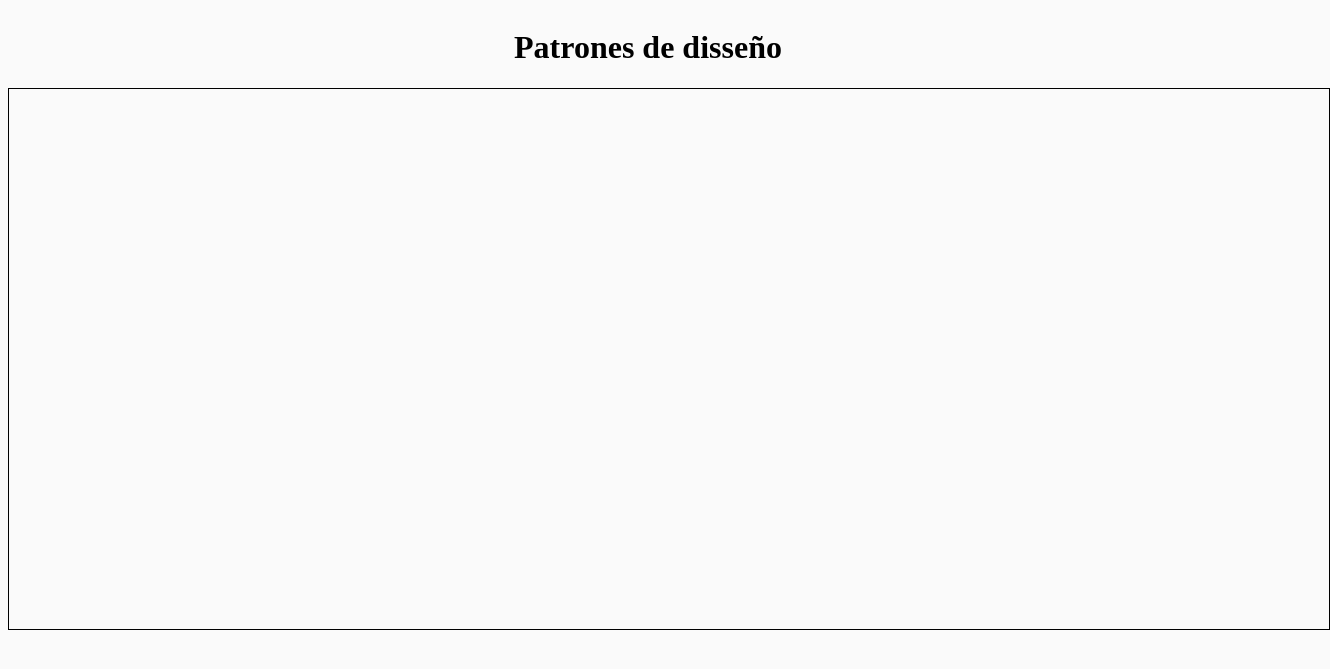
Repository: nrsWebs/design-pattern-es
Page: index.html
The author's editor kept a copy of each file at every save. The page is drawn from the files as they stood at one save, then again after the next save.
The browser window is 1280 px wide. The page is 1330 px wide, so the pictures cover 1330 px, including what lies to the right of the window. The pictures show the whole page.

Above is the page before, as saved 2021-02-06 18:28:09.

### index.html
<!DOCTYPE html>
<html>
<head>
<script src="https://ajax.googleapis.com/ajax/libs/jquery/3.5.1/jquery.min.js"></script>
<link rel="stylesheet" href="source/main.css">
</head>
<body>
    <div class="main-content">
        <h1>Patrones de disseño</h1>
        <div class="box">
            <div class="glass"></div>
            <div class=""></div>
        </div>
    </div>
</body>
<script>
$(document).ready(function(){
    setTimeout(function(){
        $("p").hide();
    }, 5000);
});
</script>
</html>

### source/main.css
:root {
    --main: #FAFAFA;
    --secondary: rgba(64, 168, 242, 0.35);
    --auxiliar: #DB5461;
    --test: rgba(219, 84, 97, 0.3)
  }
body {
    background-color: var(--main);
    display: flex;
    justify-content: center;
    width: 100%;
}
.main-content{
    display: flex;
    flex-direction: column;
    justify-content: space-around;
    width: 100%;
    max-width: 1440px;
}
h1{
    text-align: center;
}
.box {
    display: flex;
    flex-direction: column;
    justify-content: space-around;
    width: 100%;
    padding: 20px;
    height: 500px;
    border: 1px solid black;
    position: relative;
}
/* GLASS EFFECT */
.glass{
    background: inherit;
    width: 100%;
    height: 100%;
    overflow: hidden;
}
.glass:before {
    content: ‘’;
    width: 300px;
    height: 400px;
    background: inherit;
    position: absolute;
    left: -25px;
    right: 0;
    top: -25px;
    bottom: 0;
    box-shadow: inset 0 0 0 200px rgba(255,255,255,0.3);
    filter: blur(10px);
}

After the next save:
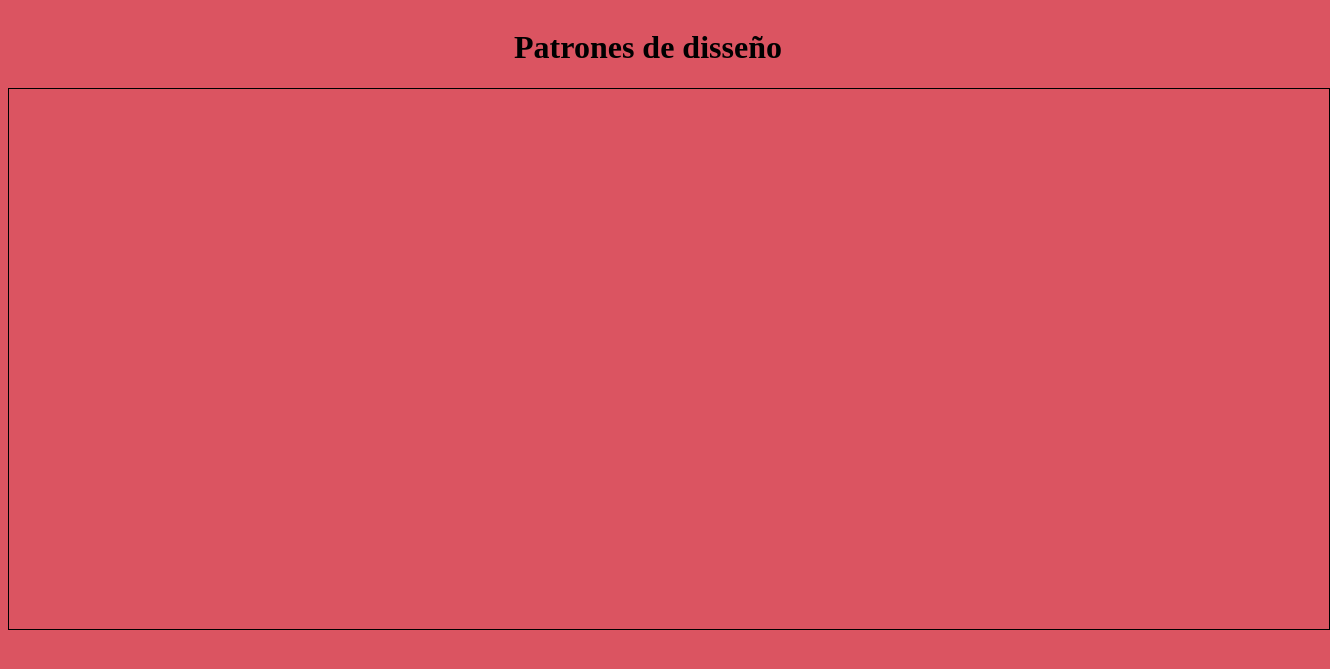
Saved 7 s later.
--- a/source/main.css
+++ b/source/main.css
@@ -5,7 +5,7 @@
     --test: rgba(219, 84, 97, 0.3)
   }
 body {
-    background-color: var(--main);
+    background-color: var(--auxiliar);
     display: flex;
     justify-content: center;
     width: 100%;
